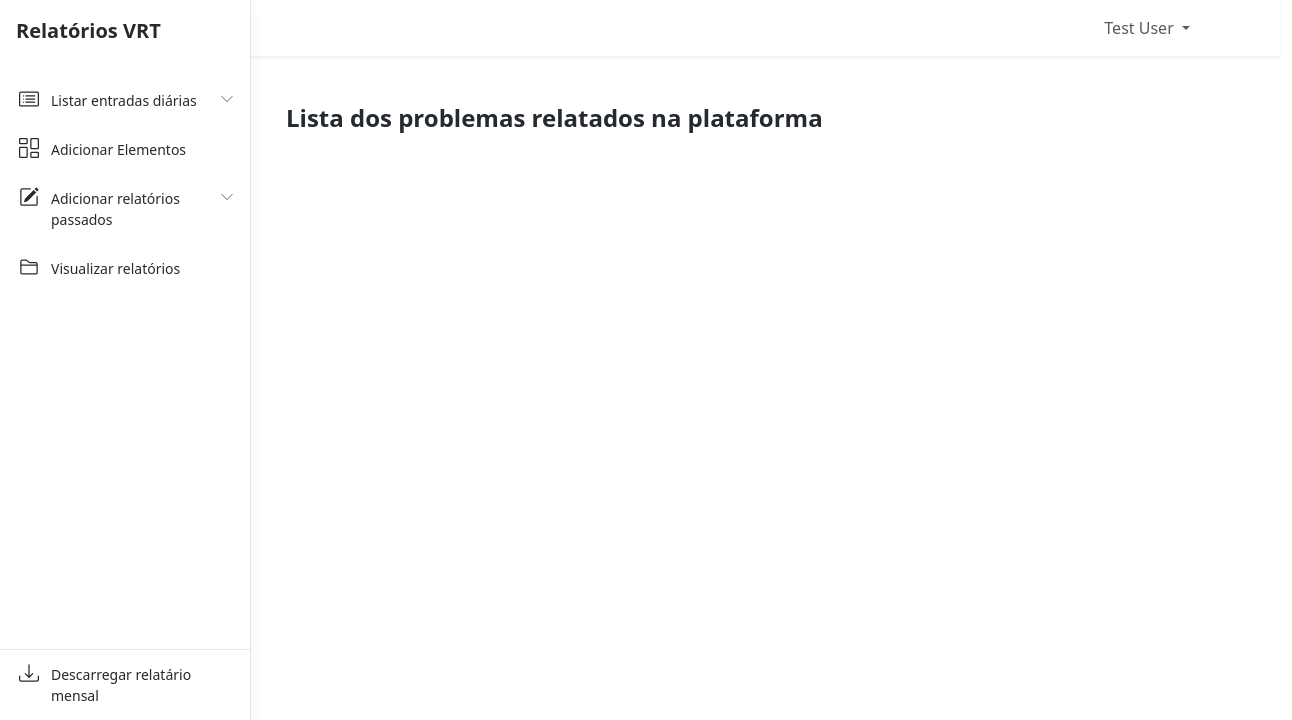
Repository: Yolanda-Marchone/Relatorios
Page: http://localhost/ver_relatorio
The author's editor kept a copy of each file at every save. The page is drawn from the files as they stood at one save, then again after the next save.
The browser window is 1280 px wide. The page is 1292 px wide, so the pictures cover 1292 px, including what lies to the right of the window. The pictures show the whole page.
The page is served by the project's Laravel application, run on PHP 8.4 with Laravel 10. A made-up administrator, Test User (test@example.com), is signed in. Style sheets and scripts are compiled from the project's sources, by tool versions that may differ from the author's.

Above is the page before, as saved 2024-05-23 11:29:29.

After the next save:
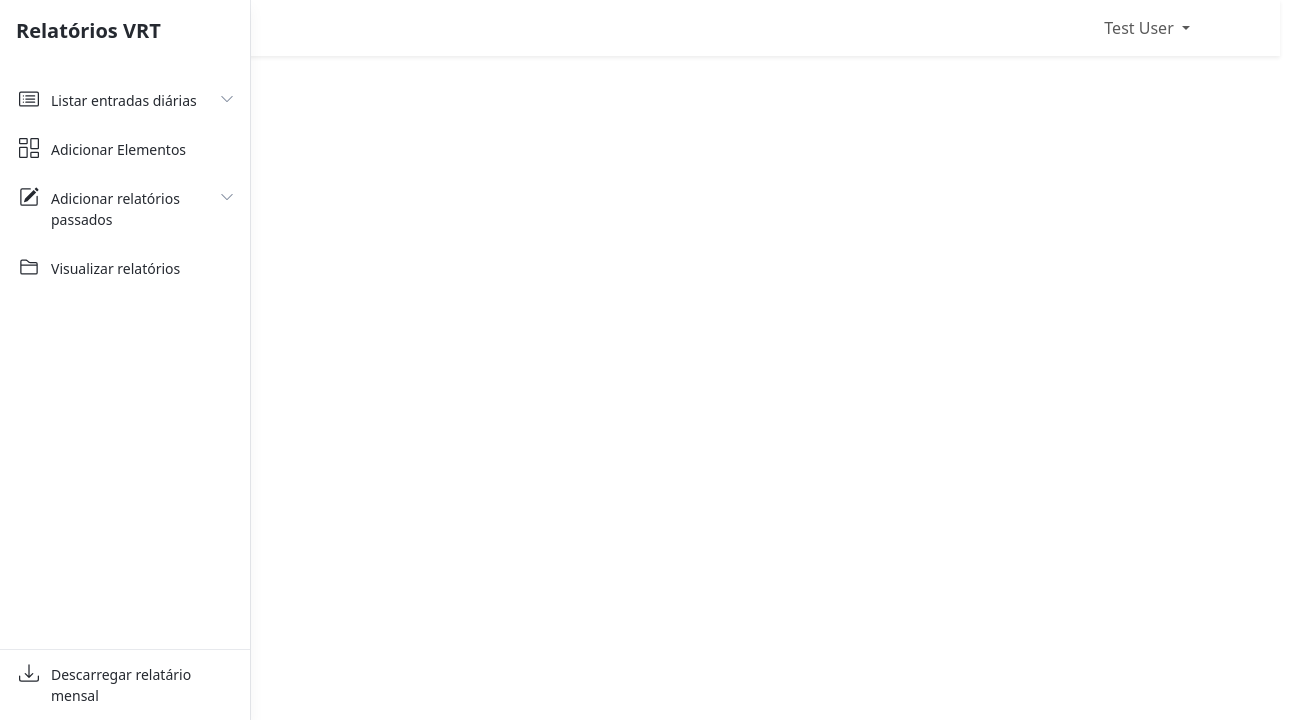
Saved 26 s later.
--- a/resources/views/layouts/ver_relatorios.blade.php
+++ b/resources/views/layouts/ver_relatorios.blade.php
@@ -12,7 +12,7 @@
 
                 <div class="row g-3 mb-4 align-items-center justify-content-between">
                         <div class="col-auto">
-                            <h1 class="app-page-title mb-0">Lista dos problemas relatados na plataforma</h1>
+                            <h1 class="app-page-title mb-0"></h1>
                         </div>
                 </div>
                 </div>
